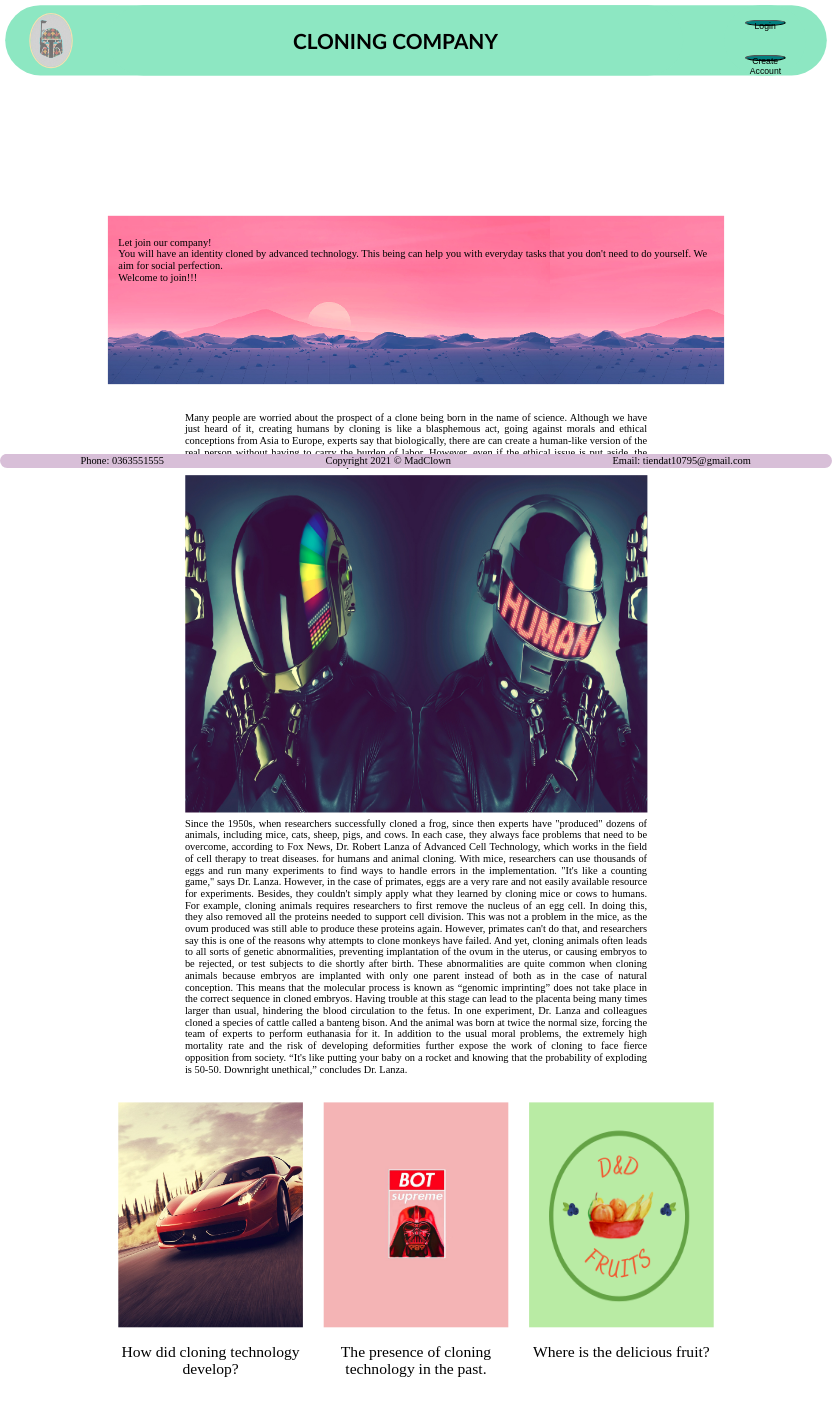
Repository: madd107/demo-form
Page: Assigment_FEE/CaseStudy_1.html
The author's editor kept a copy of each file at every save. The page is drawn from the files as they stood at one save, then again after the next save.
The browser window is 1280 px wide. The pictures show the whole page, at 65% of full size.

Above is the page before, as saved 2021-10-01 02:00:10.

After the next save:
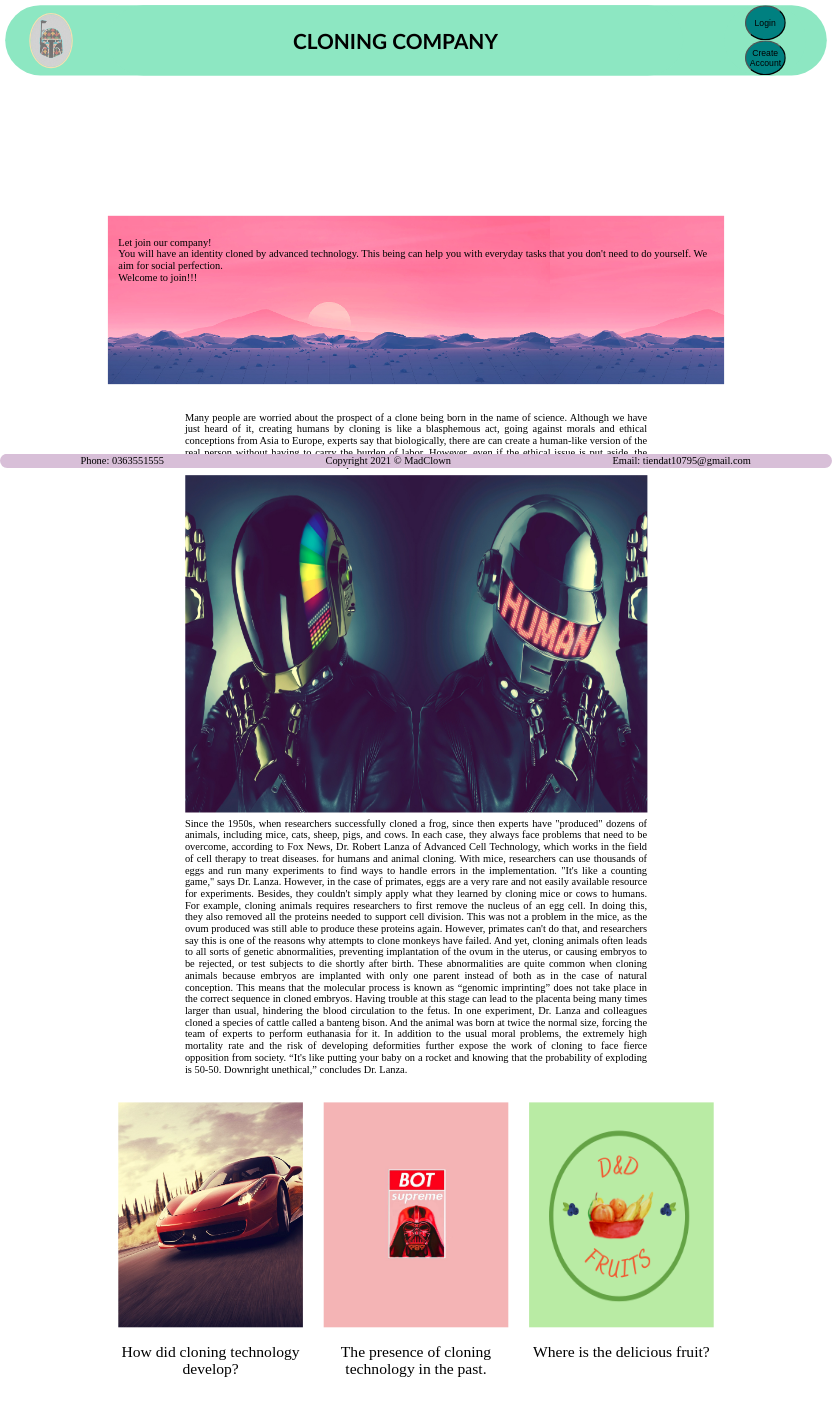
Saved 5 s later.
--- a/Assigment_FEE/css/CaseStudy_1.css
+++ b/Assigment_FEE/css/CaseStudy_1.css
@@ -54,7 +54,7 @@
   background-color: teal;
   border-radius: 50%;
   width: 50%;
-  height: 10%;
+  height: 50%;
 }
 .login button:hover {
   color: yellowgreen;
